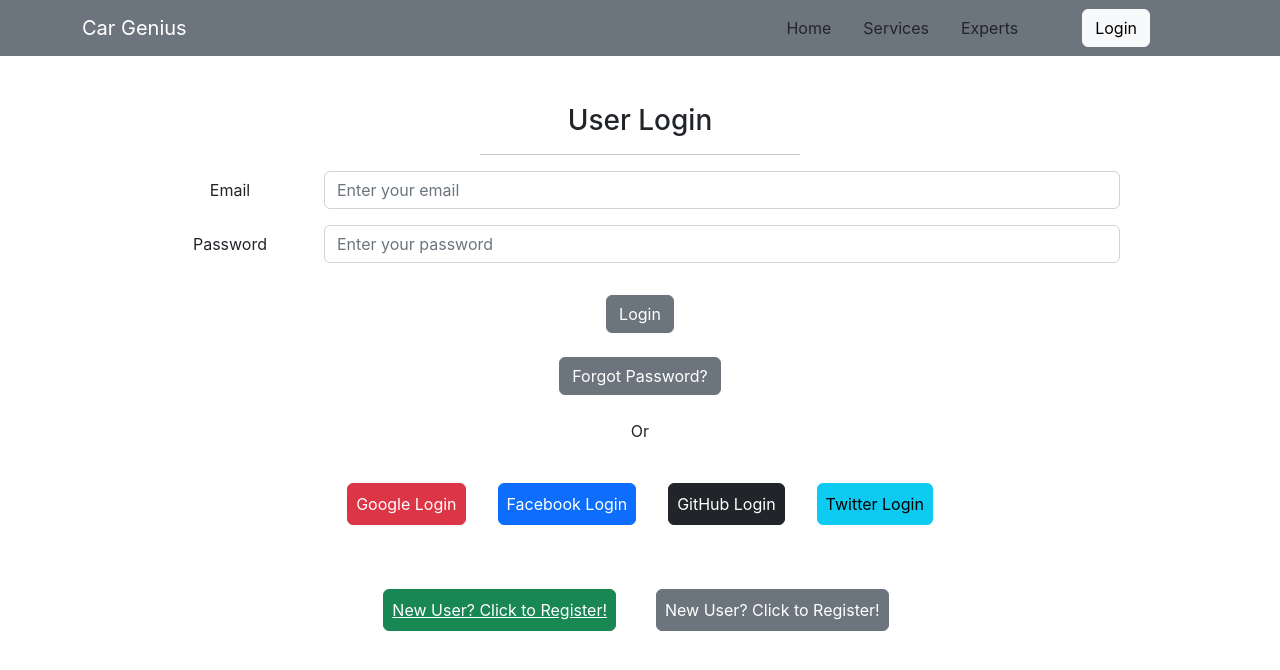
Repository: Sharif-00112/genius-car-service-client
Page: /login
An editor plug-in stored every save of this project. The page is shown before and after the next save, followed by the edit.
The browser window is 1280 px wide. The pictures show the whole page.
The project was rebuilt for these pictures with package versions that can differ from the ones it lists, and the page was loaded fresh each time. Also part of the build but not shown: src/Pages/Home/Banner/Banner.js, src/Pages/Home/Expert/Expert.js, src/Pages/Home/Experts/Experts.js, src/Pages/Home/Service/Service.css, src/Pages/Home/Service/Service.js, src/Pages/Home/Services/Services.css, src/Pages/Home/Services/Services.js, src/Pages/Home/Home/Home.js and 4 more.

Above is the page before, as saved 2022-09-08 17:30:39.

After the next save:
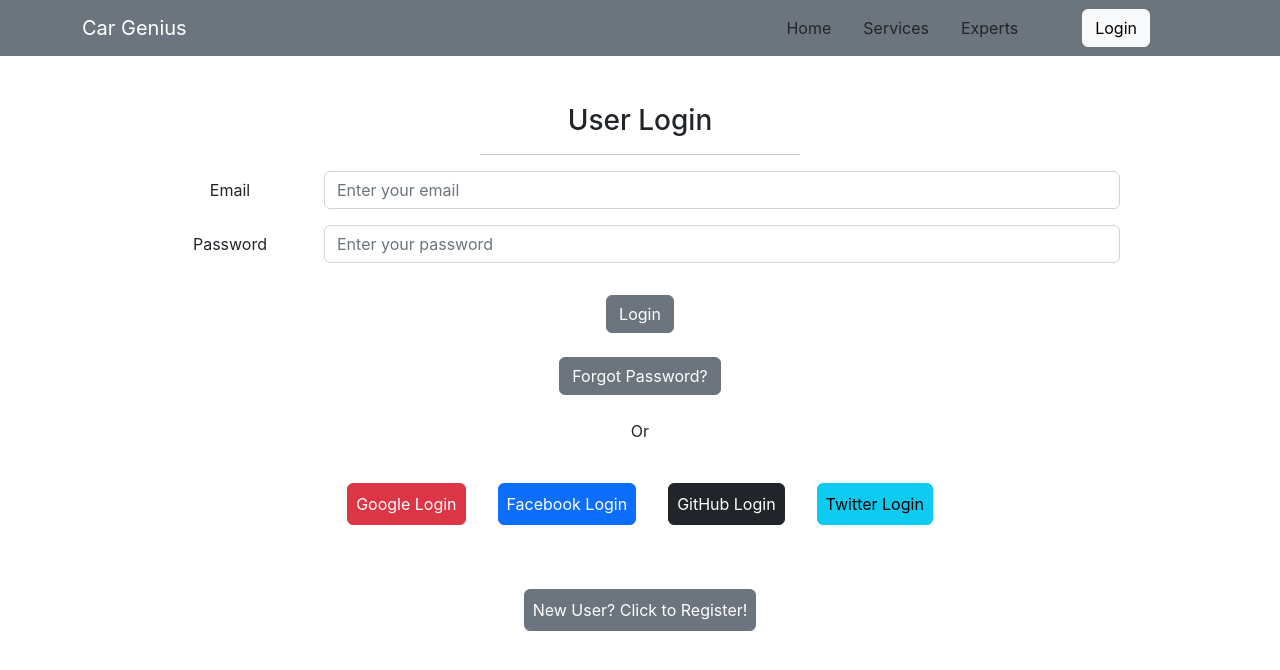
Saved 18 s later.
--- a/src/Pages/Login/Login/Login.js
+++ b/src/Pages/Login/Login/Login.js
@@ -57,7 +57,7 @@ const Login = () => {
                     <h5>{error}</h5>
                     <br />
 
-                    <button className='btn btn-success p-2 m-3'><Link className='text-decoration-none text-white' to="/register"><u>New User? Click to Register!</u></Link></button>
+                    {/* <button className='btn btn-success p-2 m-3'><Link className='text-decoration-none text-white' to="/register"><u>New User? Click to Register!</u></Link></button> */}
 
                     <Link className='text-decoration-none text-white m-2' to="/register"><u><button className='btn btn-secondary p-2 m-3'>New User? Click to Register!</button></u></Link>
                 </div>
